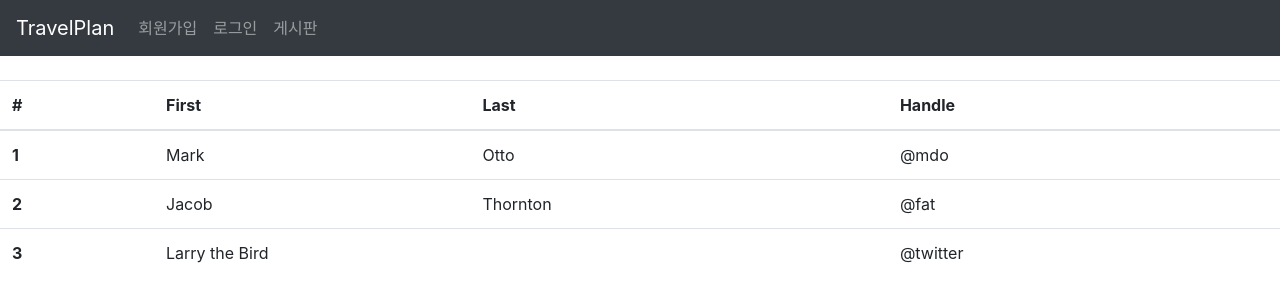
Repository: sna145815/Travel_v1
Page: http://localhost/Travel_v1/WEB-INF/view/board.jsp
The author's editor kept a copy of each file at every save. The page is drawn from the files as they stood at one save, then again after the next save.
The browser window is 1280 px wide. The pictures show the whole page.
The page is served by Tomcat 9. Nobody is signed in. Other server files are loaded and not shown. The template is opened directly, without the code that normally fills it, so the values that code supplies are empty.

Above is the page before, as saved 2022-10-31 07:55:10.

### Travel_v1/src/main/webapp/WEB-INF/view/board.jsp
<%@ page language="java" contentType="text/html; charset=UTF-8"
    pageEncoding="UTF-8"%>
    <%@ include file="/layout/header.jsp" %>
<!DOCTYPE html>
<html>
<head>
<meta charset="UTF-8">
<title>Insert title here</title>
</head>
<body>
<table class="table">
  <thead>
    <tr>
      <th scope="col">#</th>
      <th scope="col">First</th>
      <th scope="col">Last</th>
      <th scope="col">Handle</th>
    </tr>
  </thead>
  <tbody>
    <tr>
      <th scope="row">1</th>
      <td>Mark</td>
      <td>Otto</td>
      <td>@mdo</td>
    </tr>
    <tr>
      <th scope="row">2</th>
      <td>Jacob</td>
      <td>Thornton</td>
      <td>@fat</td>
    </tr>
    <tr>
      <th scope="row">3</th>
      <td colspan="2">Larry the Bird</td>
      <td>@twitter</td>
    </tr>
  </tbody>
</table>

</body>
</html>

### Travel_v1/src/main/webapp/layout/header.jsp
<%@ page language="java" contentType="text/html; charset=UTF-8"
    pageEncoding="UTF-8"%>
<!DOCTYPE html>

<head>
  <title>TravelPlan</title>
  <meta charset="utf-8">
  <meta name="viewport" content="width=device-width, initial-scale=1">
  <link rel="stylesheet" href="https://cdn.jsdelivr.net/npm/bootstrap@4.6.1/dist/css/bootstrap.min.css">
  <script src="https://cdn.jsdelivr.net/npm/jquery@3.6.0/dist/jquery.slim.min.js"></script>
  <script src="https://cdn.jsdelivr.net/npm/popper.js@1.16.1/dist/umd/popper.min.js"></script>
  <script src="https://cdn.jsdelivr.net/npm/bootstrap@4.6.1/dist/js/bootstrap.bundle.min.js"></script>
</head>
<body>

<nav class="navbar navbar-expand-md bg-dark navbar-dark">
  <a class="navbar-brand" href="/main">TravelPlan</a>
  <button class="navbar-toggler" type="button" data-toggle="collapse" data-target="#collapsibleNavbar">
    <span class="navbar-toggler-icon"></span>
  </button>
  <div class="collapse navbar-collapse" id="collapsibleNavbar">
    <ul class="navbar-nav">
      <li class="nav-item">
        <a class="nav-link" href="/join">회원가입</a>
      </li>
      <li class="nav-item">
        <a class="nav-link" href="/login">로그인</a>
      </li>
      <li class="nav-item">
        <a class="nav-link" href="/board?cmd=getlist">게시판</a>
      </li>
    </ul>
  </div>
</nav>
<br>

After the next save:
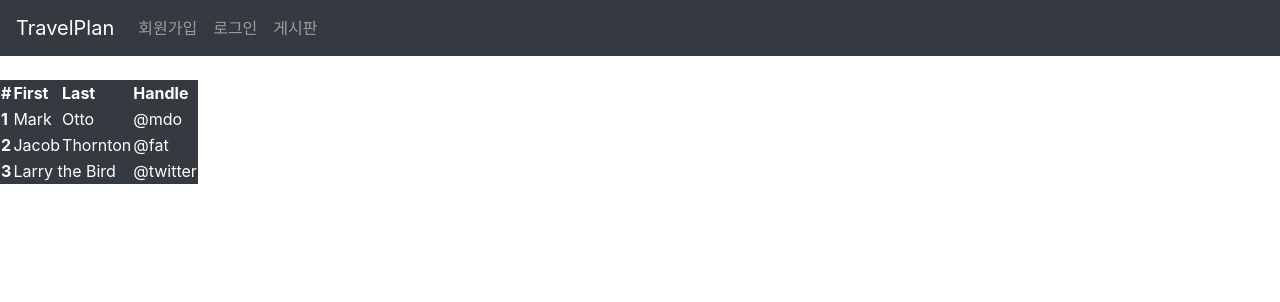
Saved 103 s later.
--- a/Travel_v1/src/main/webapp/WEB-INF/view/board.jsp
+++ b/Travel_v1/src/main/webapp/WEB-INF/view/board.jsp
@@ -8,7 +8,7 @@
 <title>Insert title here</title>
 </head>
 <body>
-<table class="table">
+<table class="table-dark">
   <thead>
     <tr>
       <th scope="col">#</th>
